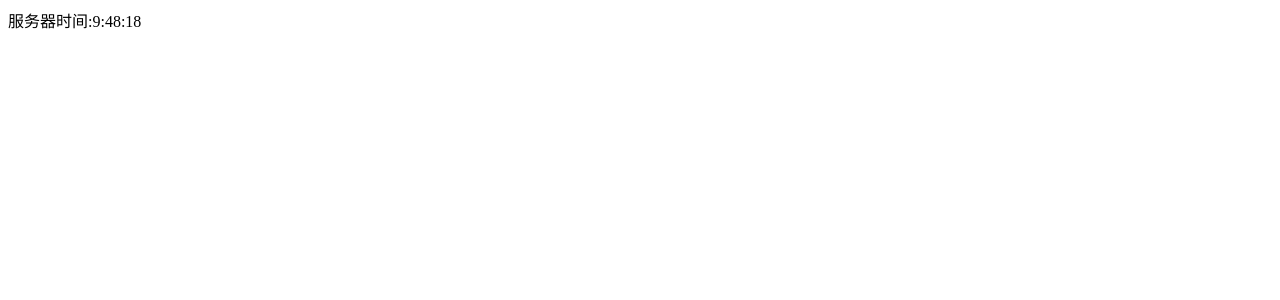
Repository: nbgao/J2EE
Page: http://localhost/JSP_Test/Page0.jsp
An editor plug-in stored every save of this project. The page is shown before and after the next save, followed by the edit.
The browser window is 1280 px wide. The pictures show the whole page.
The page is served by Tomcat 9.

Above is the page before, as saved 2017-10-09 11:29:28.
Console error: ReferenceError: documents is not defined

### JSP_Test/WebContent/Page0.jsp
<html>
<head>
<title>理解服务器端执行</title>
</head>
<%@ page language="java" contentType="text/html;charset=GBK" %>
<%@ page import="java.util.*" %>
<body>
<%
	Date dnow = new Date();
	int dhours = dnow.getHours();
	int dminutes = dnow.getMinutes();
	int dseconds = dnow.getSeconds();
	out.print("服务器时间:" + dhours + ":" + dminutes + ":" + dseconds);
%>
<SCRIPT LANGUAGE="JavaScript">
	var dnow = new Date();
	dhours = dnow.getHours();
	dminutes = dnow.getMinutes();
	dseconds = dnow.getSeconds();
	documents.write("<br>浏览器时间:" + dhours + ":" + dminutes + ":" + dseconds);
</SCRIPT>
</body>

</html>

After the next save:
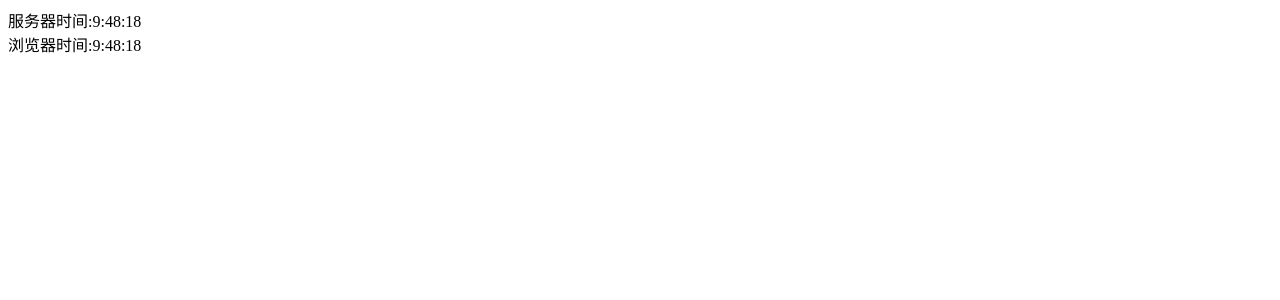
The error is gone.
Saved 39 s later.
--- a/JSP_Test/WebContent/Page0.jsp
+++ b/JSP_Test/WebContent/Page0.jsp
@@ -17,7 +17,7 @@
 	dhours = dnow.getHours();
 	dminutes = dnow.getMinutes();
 	dseconds = dnow.getSeconds();
-	documents.write("<br>浏览器时间:" + dhours + ":" + dminutes + ":" + dseconds);
+	document.write("<br>浏览器时间:" + dhours + ":" + dminutes + ":" + dseconds);
 </SCRIPT>
 </body>
 
